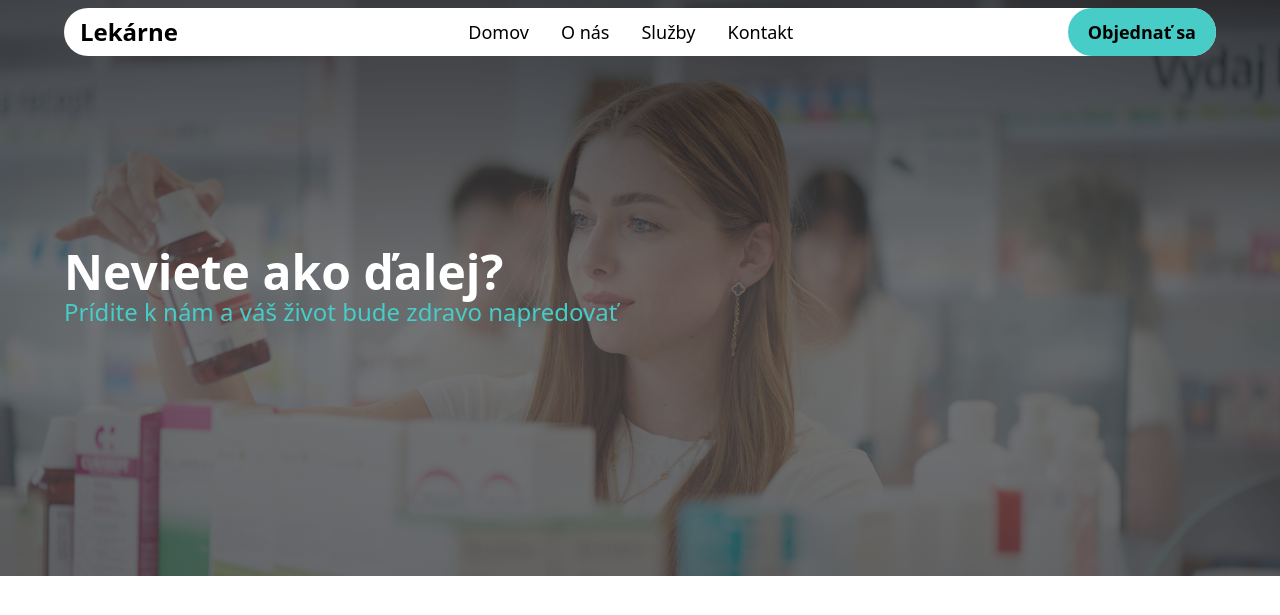
Repository: SimonSkoda13/Lekaren
Page: /
An editor plug-in stored every save of this project. The page is shown before and after the next save, followed by the edit.
The browser window is 1280 px wide. The pictures show the whole page.
The project was rebuilt for these pictures with package versions that can differ from the ones it lists, and the page was loaded fresh each time. The framework's server and built-in components were replaced by stand-ins that run in the browser. Also part of the build but not shown: next.config.js.

Above is the page before, as saved 2023-04-22 17:14:18.

### src/app/layout.tsx
import { Header } from "./components/Header/Header";
import "./globals.css";
import { Poppins } from "next/font/google";

export const metadata = {
  title: "Create Next App",
  description: "Generated by create next app",
};

export default function RootLayout({
  children,
}: {
  children: React.ReactNode;
}) {
  return (
    <html lang="en">
      <body className="bg-white min-h-[100vh]">
        <Header />
        <main>{children}</main>
        <footer></footer>
      </body>
    </html>
  );
}

### src/app/page.tsx
import Image from "next/image";
import { Inter } from "next/font/google";
import { HomeHero } from "./components/HomeHero/HomeHero";

const inter = Inter({ subsets: ["latin"] });

// page with

export default function Home() {
  return (
    <>
      <HomeHero
        title={"Neviete ako ďalej?"}
        image={"/homeBanner.jpg"}
        description={"Prídite k nám a váš život bude zdravo napredovať"}
      />
    </>
  );
}

### src/app/components/Header/Header.tsx
import Link from "next/link";
import React from "react";

export interface HeaderProps {}

export const Header = (props: HeaderProps) => {
  const {} = props;
  return (
    <header className="cntn fixed w-full top-2 z-10">
      <div className="flex bg-white rounded-full">
        <h1 className="py-2 px-4 text-2xl font-bold">Lekárne</h1>
        <div className="py-2 px-4 flex gap-8 items-center mx-auto text-lg font-medium">
          <Link href="/">Domov</Link>
          <Link href="/onas">O nás</Link>
          <Link href="/sluzby">Služby</Link>
          <Link href="/kontakt">Kontakt</Link>
        </div>
        {/* button order self */}
        <div className="flex justify-center items-center px-5 p-0 bg-primary rounded-full text-lg font-bold">
          <Link href="/order">Objednať sa</Link>
        </div>
      </div>
    </header>
  );
};

### src/app/globals.css
@tailwind base;
@tailwind components;
@tailwind utilities;

@layer components {
  .cntn {
    @apply mx-auto px-4  max-w-screen-xl md:px-16;
  }
}

### src/app/components/HomeHero/HomeHero.tsx
import Image from "next/image";
import React from "react";
import { ImageGradient } from "./ImageGradient/ImageGradient";

export interface HomeHeroProps {
  title: string;
  image: string;
  description: string;
}

export const HomeHero = (props: HomeHeroProps) => {
  const { title, image, description } = props;
  return (
    <section className="relative h-[80vh] z-0 px-0">
      <div className="w-full h-full absolute left-0 top-0 ">
        {/* make filter for image to odd brightness from top biggest to bottom lowest */}
        <ImageGradient>
          <Image
            src={image}
            alt="Next.js logo"
            fill
            style={{
              objectFit: "cover",
              objectPosition: "center",
            }}
          />
        </ImageGradient>
      </div>
      <div className="cntn relative  h-full flex justify-center flex-wrap flex-col z-10">
        <h1 className="text-5xl font-bold text-white">{title}</h1>
        <p className="text-2xl text-primary">{description}</p>
      </div>
    </section>
  );
};

### src/app/components/HomeHero/ImageGradient/ImageGradient.tsx
import React from "react";

export interface ImageGradientProps {
  children: React.ReactNode;
}

export const ImageGradient = (props: ImageGradientProps) => {
  const { children } = props;
  return (
    <div className="relative w-full h-full overflow-hidden brightness-50 z-10">
      <div className="absolute inset-0 z-10 bg-gradient-to-b from-gray-900 via-gray-300 to-gray-400 opacity-50"></div>
      {children}
    </div>
  );
};

### tailwind.config.js
/** @type {import('tailwindcss').Config} */
module.exports = {
  content: [
    "./src/pages/**/*.{js,ts,jsx,tsx,mdx}",
    "./src/components/**/*.{js,ts,jsx,tsx,mdx}",
    "./src/app/**/*.{js,ts,jsx,tsx,mdx}",
  ],
  theme: {
    extend: {
      colors: {
        primary: "#47CCC8",
        secondary: "#2D3663",
      },
    },
  },
  plugins: [],
};

Loaded but not shown: src/app/api/hello/route.ts (common file)

After the next save:
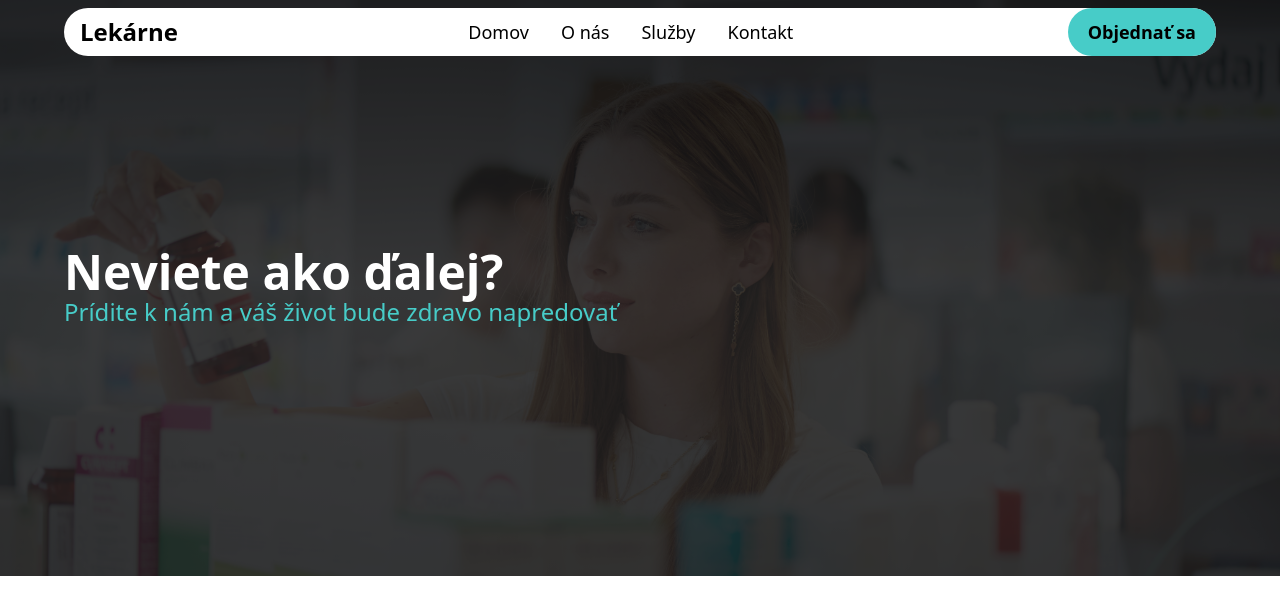
Saved 7 s later.
--- a/src/app/components/HomeHero/HomeHero.tsx
+++ b/src/app/components/HomeHero/HomeHero.tsx
@@ -12,7 +12,7 @@ export const HomeHero = (props: HomeHeroProps) => {
   const { title, image, description } = props;
   return (
     <section className="relative h-[80vh] z-0 px-0">
-      <div className="w-full h-full absolute left-0 top-0 ">
+      <div className="w-full h-full absolute left-0 top-0 brightness-50">
         {/* make filter for image to odd brightness from top biggest to bottom lowest */}
         <ImageGradient>
           <Image
